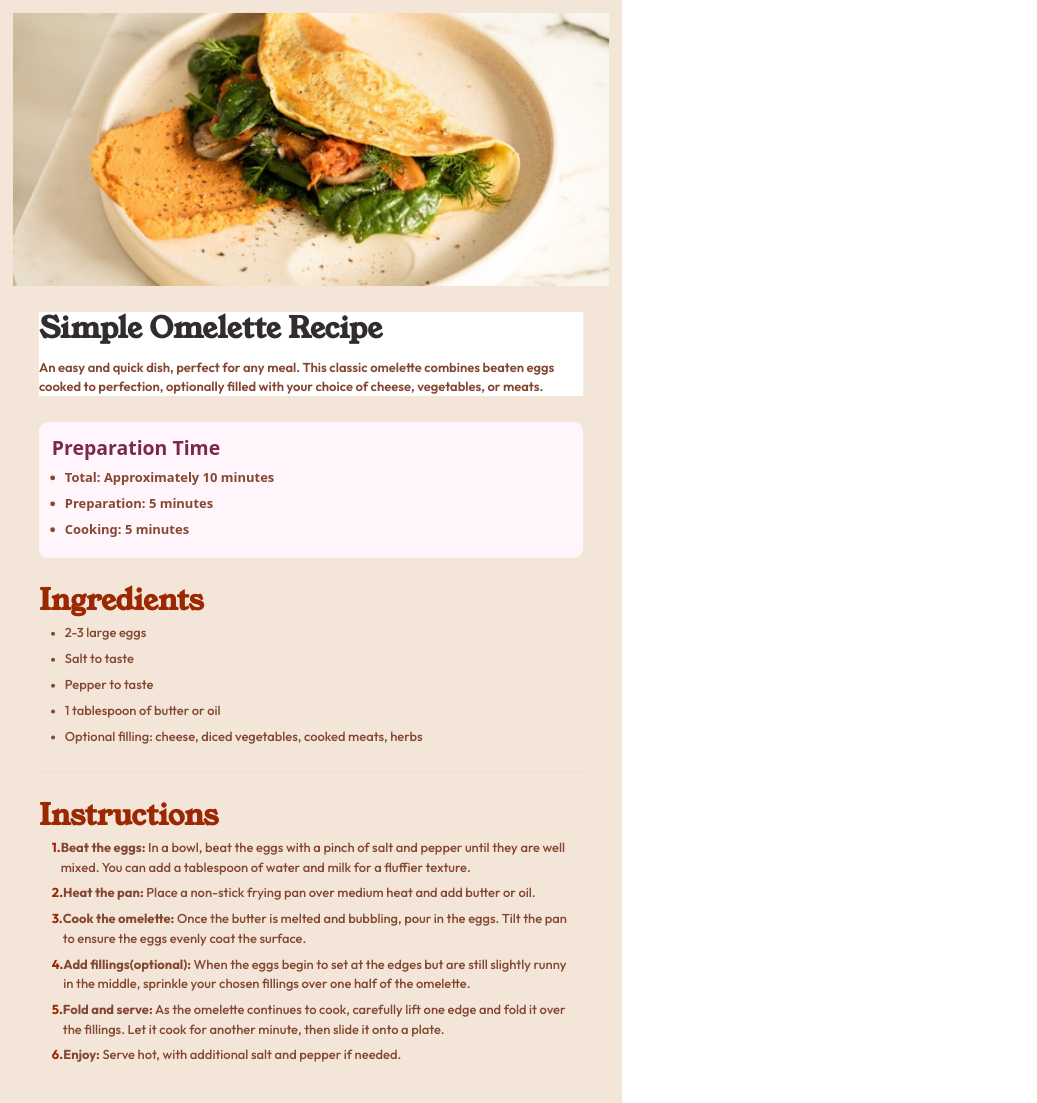
Repository: nivrii/recipe-page-main
Page: /
These files come from the project's save history. The page is drawn as it stood at one moment and after the next save; the edit follows.
The browser window is 1280 px wide. The pictures show the whole page, at 81% of full size.
The project was rebuilt for these pictures with package versions that can differ from the ones it lists, and the page was loaded fresh each time. Also part of the build but not shown: vite.config.js, src/index.css.

Above is the page before, as saved 2024-03-23 16:22:02.

### src/App.jsx
import "./App.css";
import omelette from "./assets/images/image-omelette.jpeg";

function App() {
  return (
    <div className="container flex flex-col md:p-4 md:bg-eggshell w-screen min-h-max">
      <div>
        <img src={omelette} alt="omelette" className="w-screen md:w-auto" />
      </div>
      <div className="bg-white m-8">
        <h1 className="text-left text-darkCharcoal text-4xl font-bold font-young">
          Simple Omelette Recipe
        </h1>
        <p className="text-left font-outfit text-nutmeg mt-4 font-semibold">
          An easy and quick dish, perfect for any meal. This classic omelette
          combines beaten eggs cooked to perfection, optionally filled with your
          choice of cheese, vegetables, or meats.
        </p>
      </div>
      <div className="bg-roseWhite p-4 mx-8 rounded-xl">
        <h1 className="text-left text-darkRaspberry text-2xl font-bold">
          Preparation Time
        </h1>
        <ul className="list-disc px-4 text-nutmeg">
          <li className=" font-semibold my-2">
            <span className="font-extrabold">Total:</span> Approximately 10
            minutes
          </li>
          <li className=" font-semibold my-2">
            <span className="font-extrabold">Preparation:</span> 5 minutes
          </li>
          <li className=" font-semibold my-2">
            <span className="font-extrabold">Cooking:</span> 5 minutes
          </li>
        </ul>
      </div>
      <div className="divide-y divide-lightGrey mx-4">
        <div className="m-4">
          <h1 className="text-left text-nutmegLight text-4xl font-bold font-young mt-8">
            Ingredients
          </h1>
          <ul className="list-disc px-4 font-outfit mt-2 mb-8 mx-4 text-nutmeg font-medium space-y-2">
            <li>2-3 large eggs</li>
            <li>Salt to taste</li>
            <li>Pepper to taste</li>
            <li>1 tablespoon of butter or oil</li>
            <li>
              Optional filling: cheese, diced vegetables, cooked meats, herbs
            </li>
          </ul>
        </div>
        <div className="m-4">
          <h1 className="text-left text-nutmegLight text-4xl font-bold font-young mt-8">
            Instructions
          </h1>
          <ul className="font-outfit mt-2 mb-8 mx-4 text-nutmeg font-medium space-y-2 ">
            <li className="flex gap-y-8">
              <div className="text-nutmegLight font-bold">1.</div>
              <div>
                <span className="font-bold"> Beat the eggs:</span> In a bowl,
                beat the eggs with a pinch of salt and pepper until they are
                well mixed. You can add a tablespoon of water and milk for a
                fluffier texture.
              </div>
            </li>
            <li className="flex gap-y-8">
              <div className="text-nutmegLight font-bold">2.</div>
              <div>
                <span className="font-bold"> Heat the pan:</span> Place a
                non-stick frying pan over medium heat and add butter or oil.
              </div>
            </li>
            <li className="flex gap-y-8">
              <div className="text-nutmegLight font-bold">3.</div>
              <div>
                <span className="font-bold"> Cook the omelette:</span> Once the
                butter is melted and bubbling, pour in the eggs. Tilt the pan to
                ensure the eggs evenly coat the surface.
              </div>
            </li>
            <li className="flex gap-y-8">
              <div className="text-nutmegLight font-bold">4.</div>
              <div>
                <span className="font-bold"> Add fillings(optional):</span> When
                the eggs begin to set at the edges but are still slightly runny
                in the middle, sprinkle your chosen fillings over one half of
                the omelette.
              </div>
            </li>
            <li className="flex gap-y-8">
              <div className="text-nutmegLight font-bold">5.</div>
              <div>
                <span className="font-bold"> Fold and serve:</span> As the
                omelette continues to cook, carefully lift one edge and fold it
                over the fillings. Let it cook for another minute, then slide it
                onto a plate.
              </div>
            </li>
            <li className="flex gap-y-8">
              <span className="text-nutmegLight font-bold">6.</span>
              <div>
                <span className="font-bold"> Enjoy:</span> Serve hot, with
                additional salt and pepper if needed.
              </div>
            </li>
          </ul>
        </div>
      </div>
    </div>
  );
}

export default App;

### src/App.css
@import url("https://fonts.googleapis.com/css2?family=Young+Serif&display=swap");

@import url("https://fonts.googleapis.com/css2?family=Outfit:wght@100..900&display=swap");

@import "tailwindcss/base";
@import "tailwindcss/components";
@import "tailwindcss/utilities";

### tailwind.config.js
/** @type {import('tailwindcss').Config} */
export default {
  content: ["./index.html", "./src/**/*.{js,ts,jsx,tsx}"],
  theme: {
    screens: {
      'sm': '375px',
      'md': '768px',
      'lg': '1440px',
      'xl': '1920px',
    },
    extend: {
      fontFamily: {
        outfit: ["Outfit", "sans-serif"],
        young: ["Young Serif", "serif"],
      },
      colors: {
        roseWhite: "hsl(330, 100%, 98%)",
        white: "hsl(0, 0%, 100%)",
        eggshell: "hsl(30, 54%, 90%)",
        lightGrey: "hsl(30, 18%, 87%)",
        wengeBrown: "hsl(30, 10%, 34%)",
        darkCharcoal: "hsl(24, 5%, 18%)",
        nutmeg: "hsl(14, 45%, 36%)",
        nutmegLight: "hsl(14, 96%, 31%)",
        darkRaspberry: "hsl(332, 51%, 32%)",
      },
    },
  },
  plugins: [],
};

Loaded but not shown: index.html (common file); src/main.jsx (common file)

After the next save:
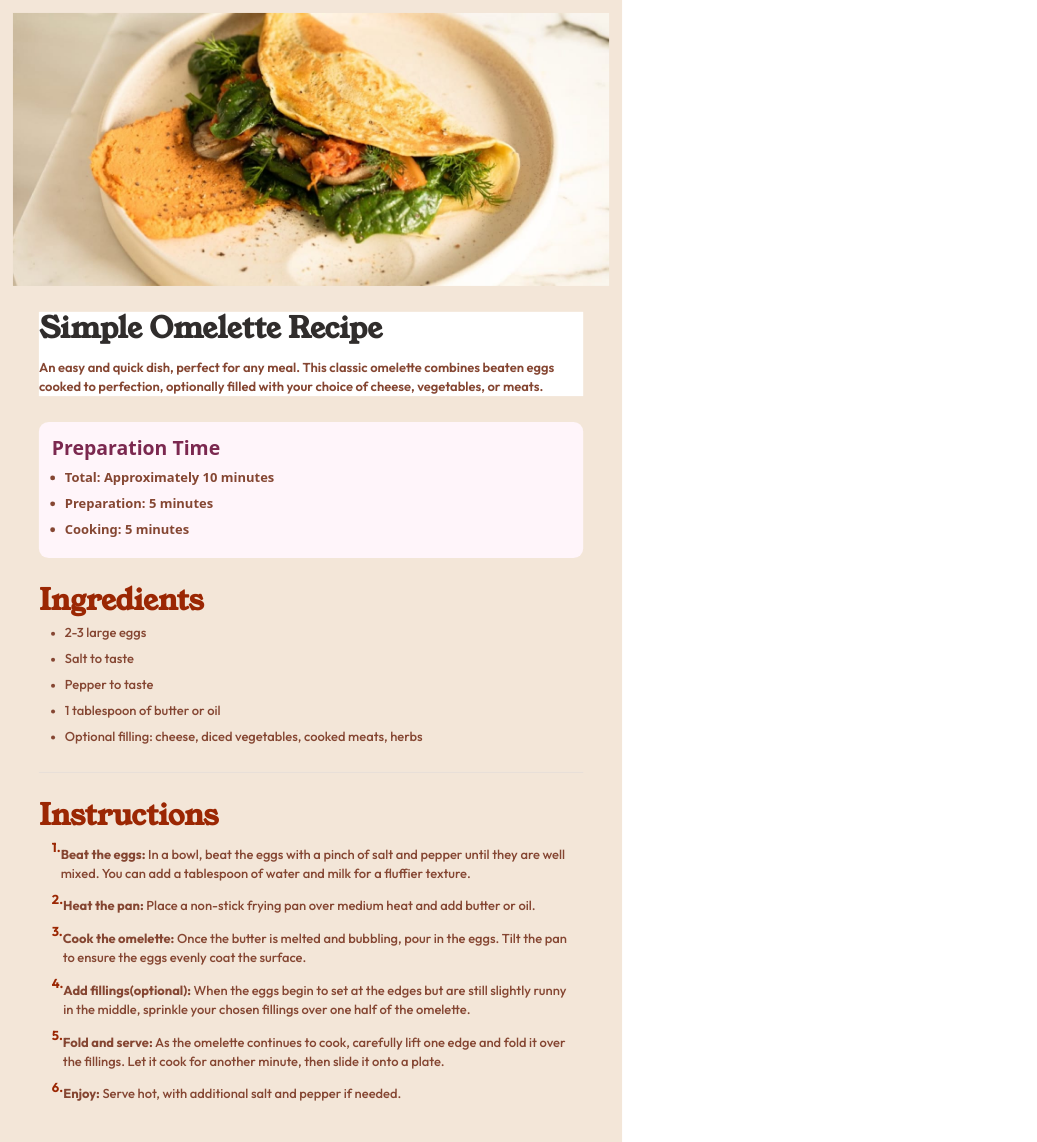
Saved 26 s later.
--- a/src/App.jsx
+++ b/src/App.jsx
@@ -54,7 +54,7 @@ function App() {
             Instructions
           </h1>
           <ul className="font-outfit mt-2 mb-8 mx-4 text-nutmeg font-medium space-y-2 ">
-            <li className="flex gap-y-8">
+            <li className="flex space-y-2">
               <div className="text-nutmegLight font-bold">1.</div>
               <div>
                 <span className="font-bold"> Beat the eggs:</span> In a bowl,
@@ -63,14 +63,14 @@ function App() {
                 fluffier texture.
               </div>
             </li>
-            <li className="flex gap-y-8">
+            <li className="flex space-y-2">
               <div className="text-nutmegLight font-bold">2.</div>
               <div>
                 <span className="font-bold"> Heat the pan:</span> Place a
                 non-stick frying pan over medium heat and add butter or oil.
               </div>
             </li>
-            <li className="flex gap-y-8">
+            <li className="flex space-y-2">
               <div className="text-nutmegLight font-bold">3.</div>
               <div>
                 <span className="font-bold"> Cook the omelette:</span> Once the
@@ -78,7 +78,7 @@ function App() {
                 ensure the eggs evenly coat the surface.
               </div>
             </li>
-            <li className="flex gap-y-8">
+            <li className="flex space-y-2">
               <div className="text-nutmegLight font-bold">4.</div>
               <div>
                 <span className="font-bold"> Add fillings(optional):</span> When
@@ -87,7 +87,7 @@ function App() {
                 the omelette.
               </div>
             </li>
-            <li className="flex gap-y-8">
+            <li className="flex space-y-2">
               <div className="text-nutmegLight font-bold">5.</div>
               <div>
                 <span className="font-bold"> Fold and serve:</span> As the
@@ -96,7 +96,7 @@ function App() {
                 onto a plate.
               </div>
             </li>
-            <li className="flex gap-y-8">
+            <li className="flex space-y-2">
               <span className="text-nutmegLight font-bold">6.</span>
               <div>
                 <span className="font-bold"> Enjoy:</span> Serve hot, with
